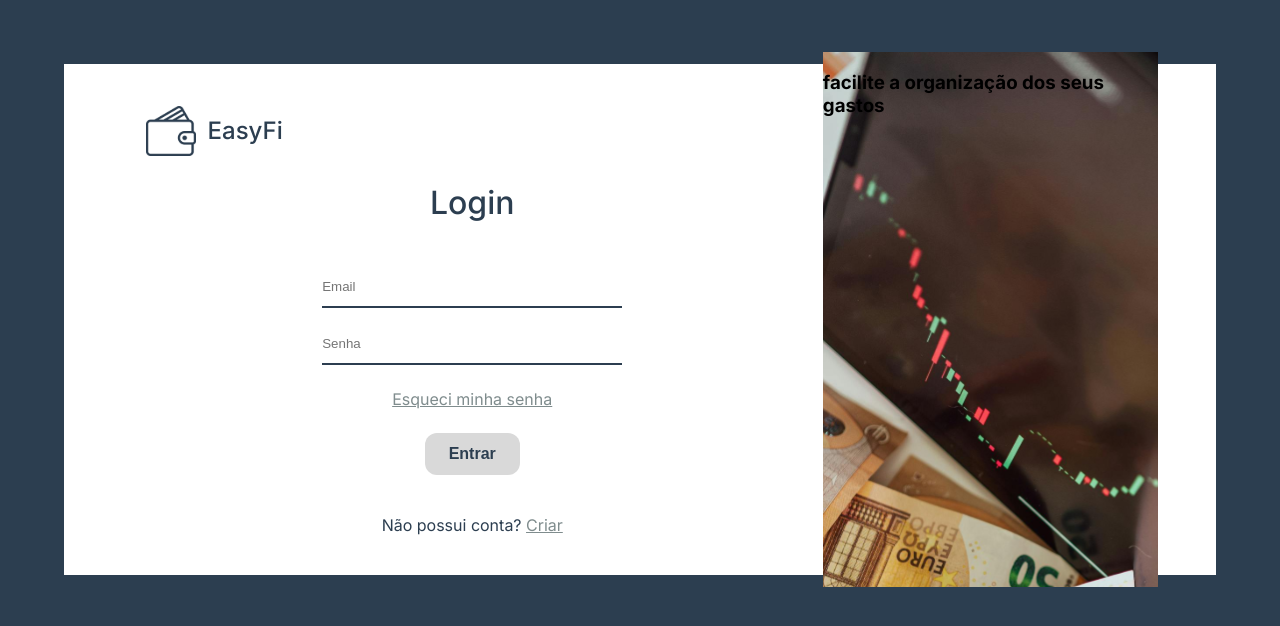
Repository: Ingridiag/projeto-engenharia
Page: login.html
An editor plug-in stored every save of this project. The page is shown before and after a run of saves, followed by the edit.
The browser window is 1280 px wide. The pictures show the whole page.

Above is the page before, as saved 2024-10-28 16:26:58.

### login.html
<!DOCTYPE html>
<html lang="pt">

<head>
    <meta charset="UTF-8">
    <meta name="viewport" content="width=device-width, initial-scale=1.0">
    <link rel="preconnect" href="https://fonts.googleapis.com">
<link rel="preconnect" href="https://fonts.gstatic.com" crossorigin>
<link href="https://fonts.googleapis.com/css2?family=Inter:ital,opsz,wght@0,14..32,100..900;1,14..32,100..900&display=swap"
rel="stylesheet">
    <link rel="stylesheet" href="style.css">
    <title>Login</title>
</head>

<body>
    <div class="container">

        <!-- Tela Login -->
        <div class="login">
            <div class="primeira-coluna">
                <div class="logo">
                    <img src="imagens/logo-azul 1.svg" alt="logo">
                    <h1>EasyFi</h1>
                </div>
                <div class="formulario">
                    <h1 class="title">Login</h1>
                    <form >
                        <input type="email" placeholder="Email">
                        <input type="password" placeholder="Senha">
                    </form>
                    <div class="uses">
                        <a href="#" class="link">Esqueci minha senha</a>

                    </div>
                    <div class="btn-default">
                        <button>
                            Entrar
                        </button>
                    </div>
                    <div >
                        <p>Não possui conta?
                            <span>
                                <a href="#" class="link">Criar</a>
                            </span>
                        </p>
                    </div>
                </div>
            </div>
            <div class="decor">
                <h3 class="mensagem">
                    facilite a organização dos seus gastos
                </h3>
            </div>
        </div>



        <div class="cadastro">
            <!-- Tela Cadastro -->
            <div class="decor">
                <h3 class="mensagem">
                    facilite a organização dos seus gastos
                </h3>
            </div>

            <div class="primeira-coluna">
                <div class="logo">
                    <img src="imagens/logo-azul 1.svg" alt="logo">
                    <h1>EasyFi</h1>
                </div>
                <div class="formulario">
                    <h1 class="title">Criar Conta</h1>
                    <form >
                        <input type="text" placeholder="Nome">
                        <input type="email" placeholder="Email">
                        <input type="password" placeholder="Senha">
                        <input type="password" placeholder=" Confirmar senha">
                    </form>
                    <div>
                        <a href="#" class="link">Esqueci minha senha</a>

                    </div>
                    <div class="btn-default">
                        <button>
                            Entrar
                        </button>
                    </div>
                    <div class="uses">
                        <p>Já possui conta?
                            <span>
                                <a href="#" class="link">Login</a>
                            </span>
                        </p>
                    </div>
                </div>
            </div>
        </div>


    </div>

</body>

</html>

### style.css
body {
    margin: 0;
    padding: 0;
    box-sizing: border-box;
    background: #2C3E50;
    font-family: "Inter", sans-serif;
}

.container {
    display: flex;
    justify-content: center;
    align-items: center;
    margin: 5%;
}

.login {
    width: 100%;
    height: 55vh;
    padding: 5%;
    display: flex;
    align-items: center;
    background: #fff;
    justify-content: space-between;
}

.primeira-coluna {
    width: 70%;
    display: flex;
    flex-direction: column;
    justify-content: center;
    /* background: #909090; */
}

.logo {
    display: flex;
    gap: 12px;
    align-items: center;
    padding: 12px 24px 0;
    color: #2C3E50;

    h1 {
        font-size: 24px;
        font-weight: 500;
    }
    img{
        width: 50px;

    }

}

.formulario {
    display: flex;
    flex-direction: column;
    align-items: center;
    gap: 24px;
    color: #2C3E50;
    h1{
        font-weight: 500;}
}

.formulario form {
    display: flex;
    flex-direction: column;
    gap: 16px;
}

.formulario form input {
    width: 300px;
    padding: 12px 0px;
    background: none;
    border: none;
    border-bottom: 2px solid #2C3E50;
    outline: none;
    color: #2C3E50;

}

.formulario a {
    color: #7F8C8D;
}

.btn-default button {
    background: #D9D9D9;
    border: none;
    border-radius: 12px;
    padding: 12px 24px;
    font-size: 16px;
    transition: 0.2s ease;
    cursor: pointer;
    color: #2C3E50;
    font-weight: 600;
}

.btn-default button:hover {
    background: #F4EEEE;
    color: #577695;
    transform: scale(1.1);
}
.decor{
    height: 135%;
    background-image: url(imagens/imagem_background.svg);
}

.cadastro {
    display: none;
    flex-direction: column;
    position: relative;
}

After the next 2 saves:
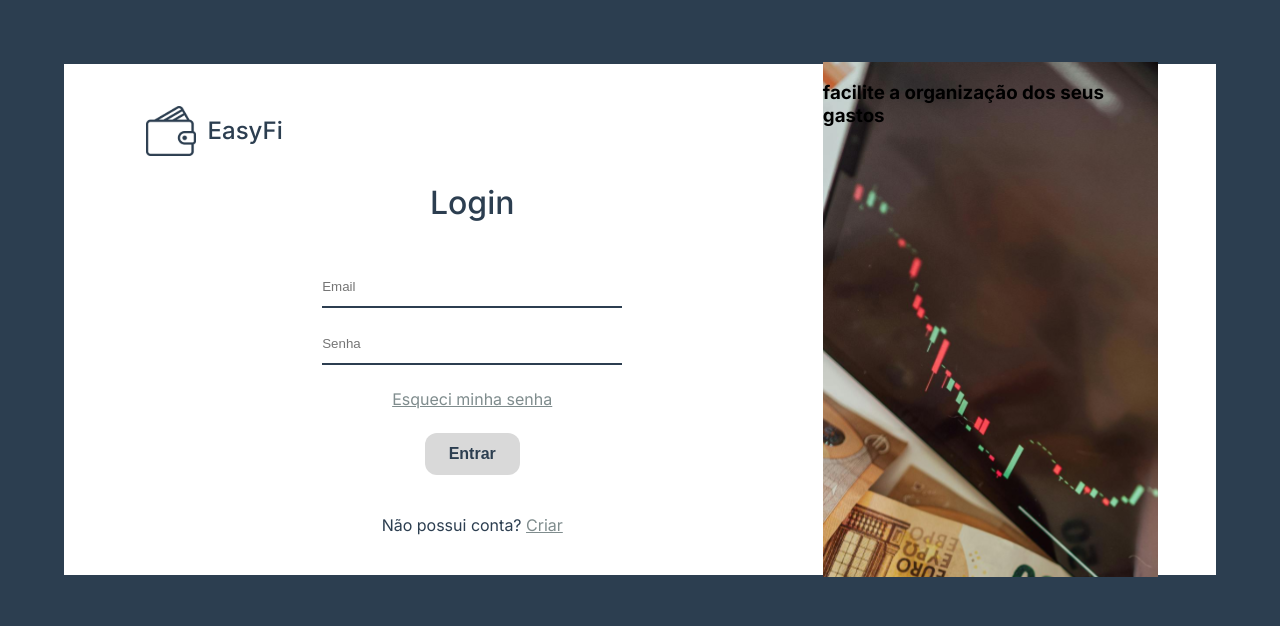
The 2 saves are shown as one change because they came seconds apart.
The last was saved 12 s later.
--- a/style.css
+++ b/style.css
@@ -98,7 +98,7 @@ body {
     transform: scale(1.1);
 }
 .decor{
-    height: 135%;
+    height: 130%;
     background-image: url(imagens/imagem_background.svg);
 }
 
